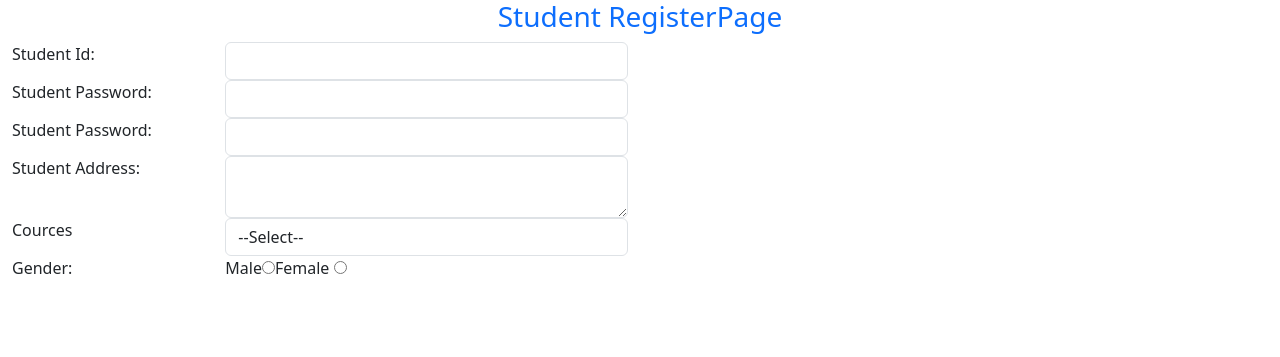
Repository: speaktwojitendra/WareHouseApp
Page: http://localhost/StudentRegister
An editor plug-in stored every save of this project. The page is shown before and after the next save, followed by the edit.
The browser window is 1280 px wide. The pictures show the whole page.
The page is this project's Thymeleaf template; nobody is signed in. The template is opened directly, without the code that normally fills it, so the values that code supplies are empty.

Above is the page before, as saved 2026-01-11 10:09:30.

### student1App/src/main/resources/templates/StudentRegister.html
<!DOCTYPE html>
<html>
<head>
<meta charset="UTF-8">
<link rel="stylesheet" href="https://cdn.jsdelivr.net/npm/bootstrap@5.3.3/dist/css/bootstrap.min.css" integrity="sha384-QWTKZyjpPEjISv5WaRU9OFeRpok6YctnYmDr5pNlyT2bRjXh0JMhjY6hW+ALEwIH" crossorigin="anonymous">
<title>Insert title here</title>
</head>
<body>
<h3  class="text-center text-primary">Student RegisterPage</h3>

<div class="container-fluid">

<div class="row">
<div class="col-2">Student Id:</div>
<div class="col-4"> <input type="text" name="id" class="form-control">  </div>
<div class="col-6" id="iderr"></div>

</div>



<div class="row">
<div class="col-2">Student Password:</div>
<div class="col-4"> <input type="text" name="password" class="form-control">  </div>
<div class="col-6" id="passerr"></div>

</div>


<div class="row">
<div class="col-2">Student Password:</div>
<div class="col-4"> <input type="text" name="name" class="form-control">  </div>
<div class="col-6" id="nameerr"></div>

</div>


<div class="row">
<div class="col-2">Student Address:</div>
<div class="col-4"> <textarea rows="" cols="" name="address" class="form-control"></textarea>  </div>
<div class="col-6" id="iderr"></div></div>


<div class="row">
<div class="col-2">Cources</div>
<div class="col-4"> <select name="cource" class="form-control" >
<option value="-1">--Select--</option>
<option value="Java">Java</option>
<option value=".Net">.Net</option>
<option value="UI">Ui</option>
<option value="Python">Python</option>

</select></div>
<div class="col-6" id="iderr"></div></div>
<div class="row">
<div class="col-2">Gender:</div>
<div class="col-4"> Male<input type="radio" name="gender" value="male">Female <input type="radio" name="gender" value="female" ></div>
<div class="col-6" id="iderr"></div></div>

</div>
</body>
</html>

After the next save:
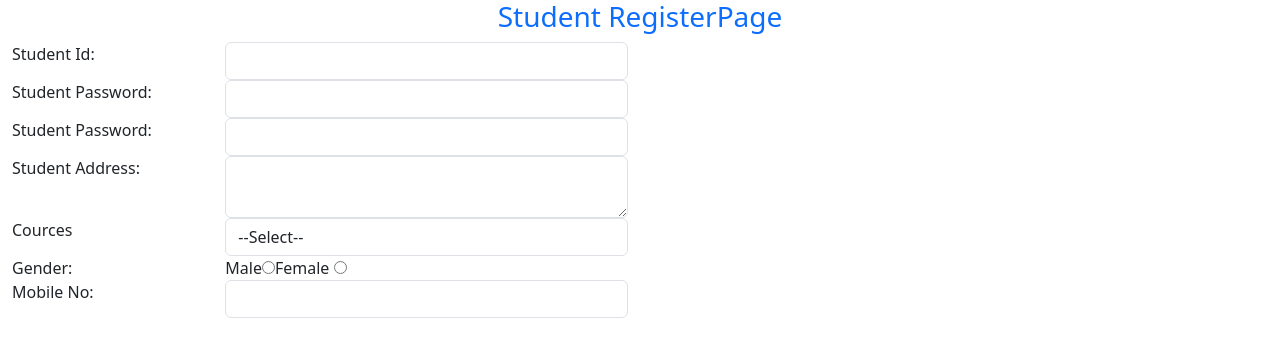
Saved 108 s later.
--- a/student1App/src/main/resources/templates/StudentRegister.html
+++ b/student1App/src/main/resources/templates/StudentRegister.html
@@ -57,6 +57,14 @@
 <div class="col-4"> Male<input type="radio" name="gender" value="male">Female <input type="radio" name="gender" value="female" ></div>
 <div class="col-6" id="iderr"></div></div>
 
+
+<div class="row">
+<div class="col-2">Mobile No:</div>
+<div class="col-4"> <input type="number" name="contact" class="form-control">  </div>
+<div class="col-6" id="nameerr"></div>
+
+</div>
+
 </div>
 </body>
 </html>
